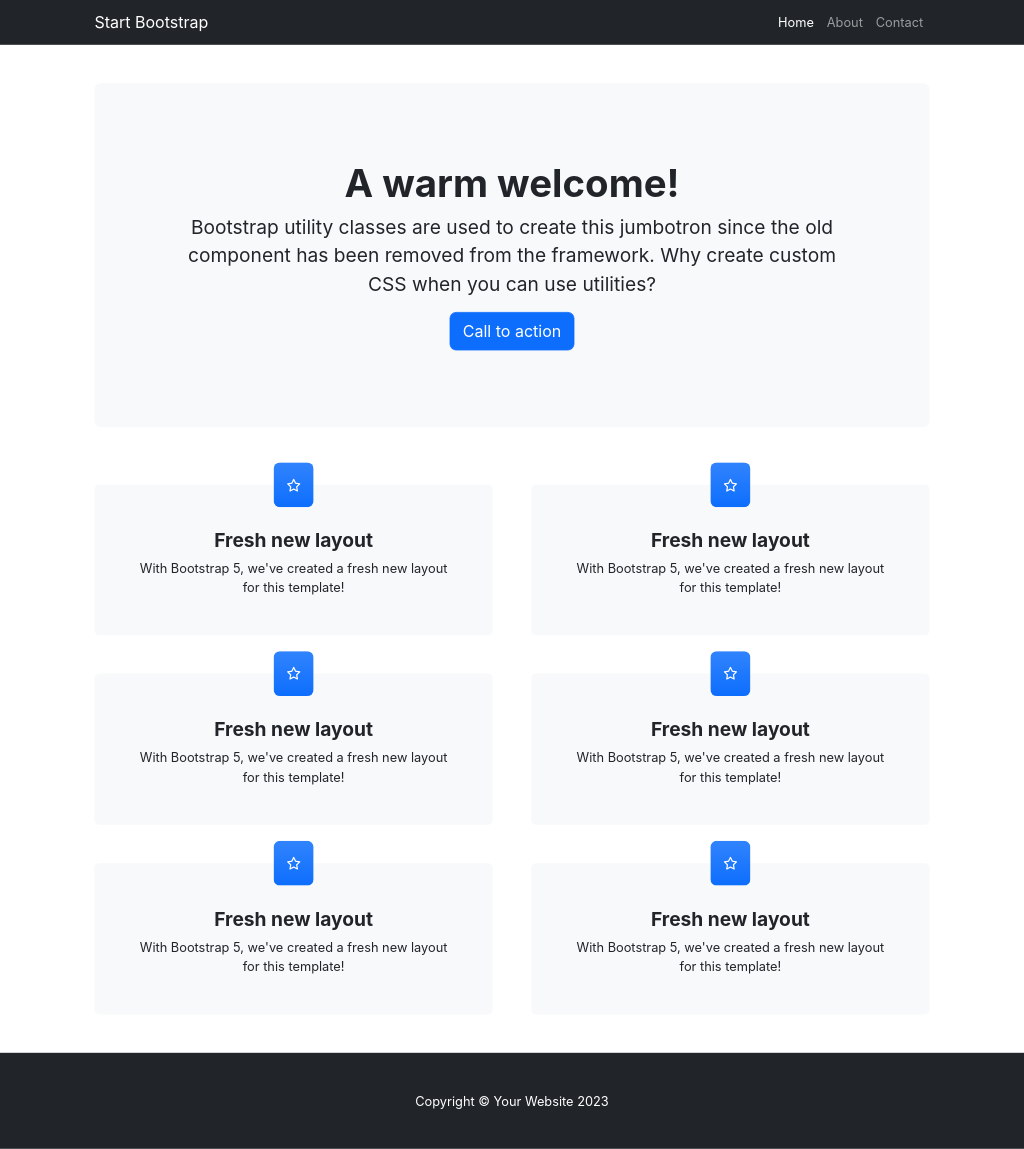
Repository: maitan0705/MaiThanhTan_BC43_BT1_react
Page: /
An editor plug-in stored every save of this project. The page is shown before and after the next save, followed by the edit.
The browser window is 1280 px wide. The pictures show the whole page, at 80% of full size.
The project was rebuilt for these pictures with package versions that can differ from the ones it lists, and the page was loaded fresh each time.

Above is the page before, as saved 2023-04-09 21:45:29.

After the next save:
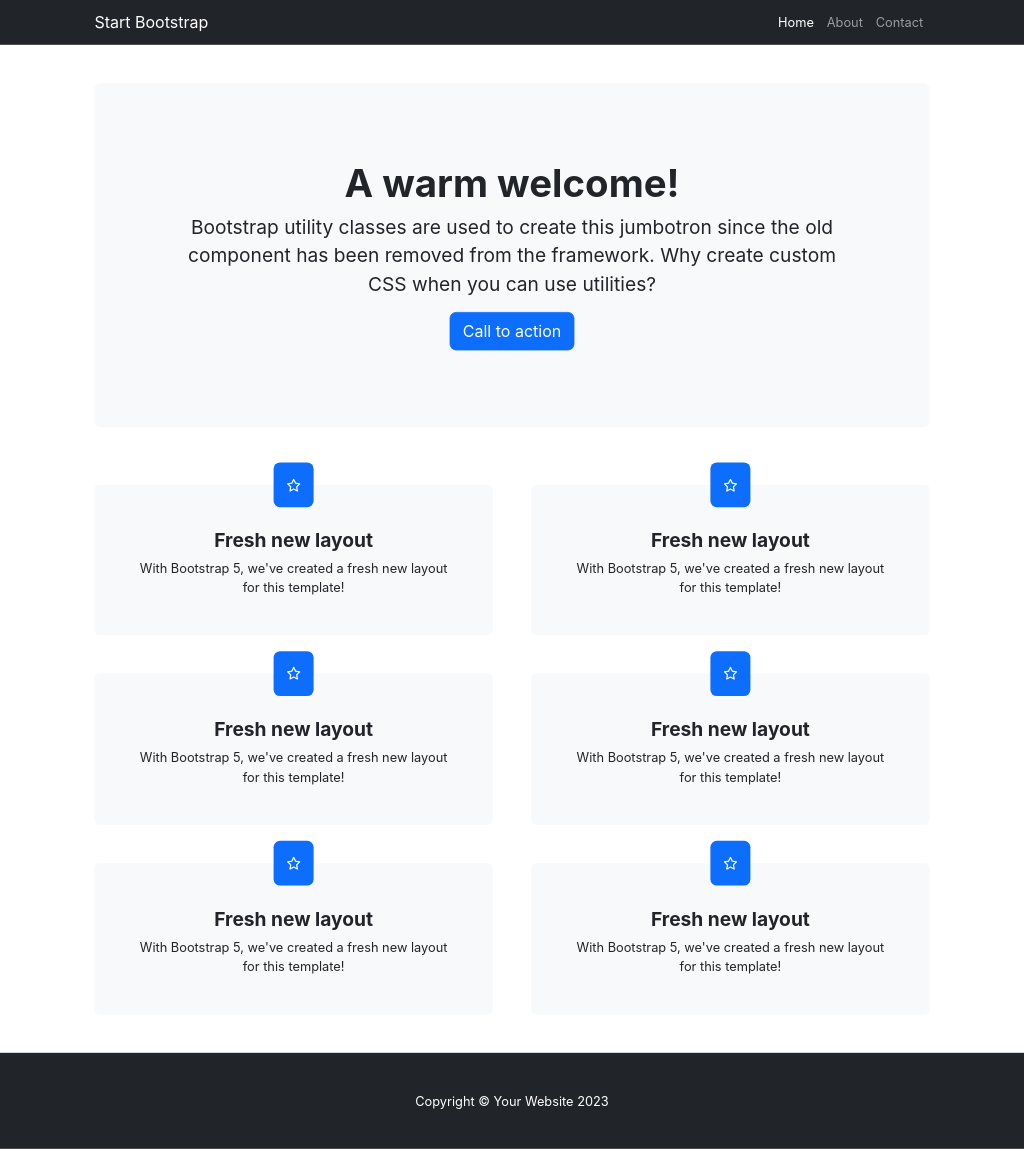
Saved 8 s later.
--- a/src/components/Item.js
+++ b/src/components/Item.js
@@ -6,7 +6,7 @@ export default class Item extends Component {
             <div className="col-lg-6 col-xxl-4 mb-5">
                 <div className="card bg-light border-0 h-100">
                     <div className="card-body text-center p-4 p-lg-5 pt-0 pt-lg-0">
-                        <div className="d-inline-block bg-primary bg-gradient text-white rounded-3 p-3 " style={{ transform: 'translateY(-50%)' }}><i className="fa-regular fa-star"></i></div>
+                        <div className="d-inline-block bg-primary text-white rounded-3 p-3 " style={{ transform: 'translateY(-50%)' }}><i className="fa-regular fa-star"></i></div>
                         <h2 className="fs-4 fw-bold">Fresh new layout</h2>
                         <p className="mb-0">With Bootstrap 5, we've created a fresh new layout for this template!</p>
                     </div>
